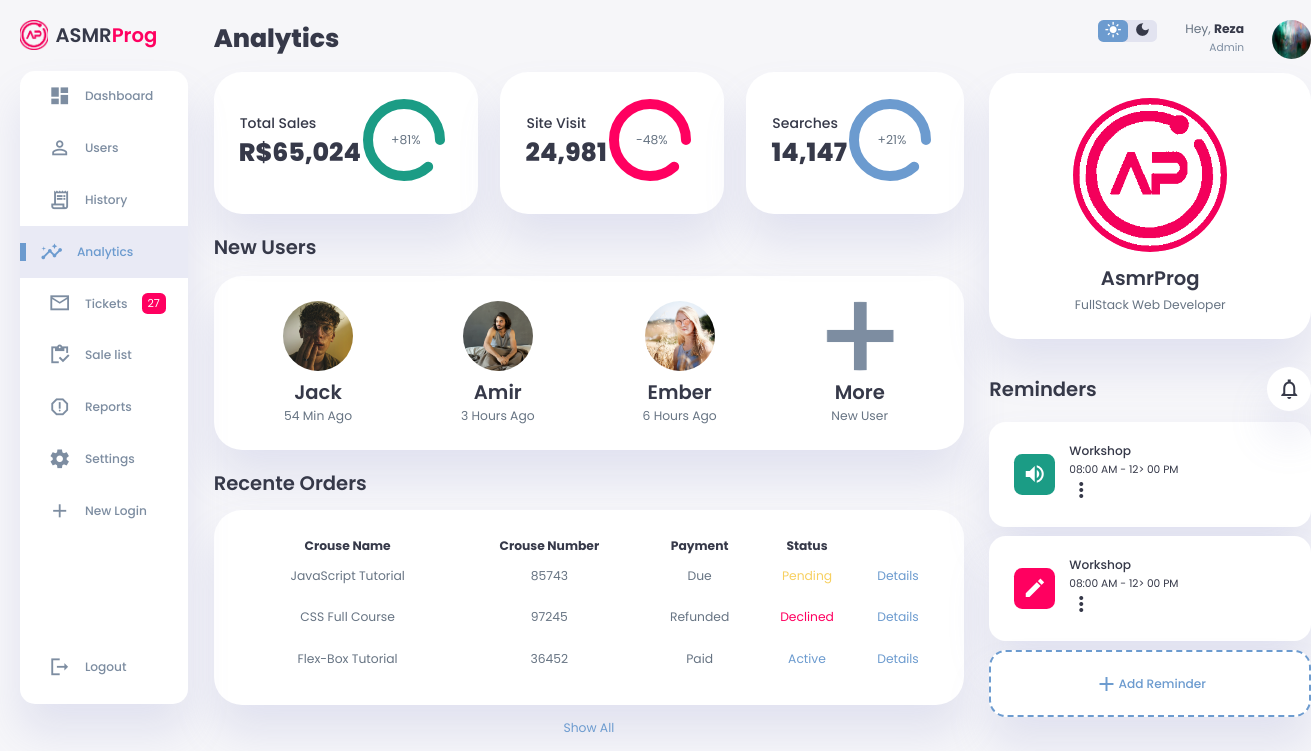
Repository: pheonix5/ProjetosRN-linux
Page: DashBoard/index.html
The author's editor kept a copy of each file at every save. The page is drawn from the files as they stood at one save, then again after the next save.
The browser window is 1024 px wide. The page is 1311 px wide, then 1241 px, so the pictures cover 1311 px, including what lies to the right of the window. The pictures show the whole page.

Above is the page before, as saved 2023-08-06 03:20:17.

### DashBoard/index.html
<!DOCTYPE html>
<html lang="pt-br">

<head>
  <meta charset="UTF-8">
  <meta name="viewport" content="width=device-width, initial-scale=1.0">
  <link href="https://fonts.googleapis.com/icon?family=Material+Icons+Sharp" rel="stylesheet">
  <link rel="stylesheet" href="style.css">
  <title>Responsive Dashboard Design #1</title>
</head>

<body>

  <div class="container">
    <!-- Siderbar Section -->
    <aside>
      <div class="toggle">
        <div class="logo">
          <img src="images/logo.png">
          <h2>ASMR<span class="danger">Prog</span></h2>
        </div>
        <div class="close" id="close-btn">
          <span class="material-icons-sharp">
            close
          </span>
        </div>
      </div>

      <div class="sidebar">
        <a href="#">
          <span class="material-icons-sharp">
            dashboard
          </span>
          <h3>Dashboard</h3>
        </a>
        <a href="#">
          <span class="material-icons-sharp">
            person_outline
          </span>
          <h3>Users</h3>
        </a>
        <a href="#">
          <span class="material-icons-sharp">
            receipt_long
          </span>
          <h3>History</h3>
        </a>
        <a href="#" class="active">
          <span class="material-icons-sharp">
            insights
          </span>
          <h3>Analytics</h3>
        </a>
        <a href="#">
          <span class="material-icons-sharp">
            mail_outline
          </span>
          <h3>Tickets</h3>
          <span class="message_count">27</span>
        </a>
        <a href="#">
          <span class="material-icons-sharp">
            inventory
          </span>
          <h3>Sale list</h3>
        </a>
        <a href="#">
          <span class="material-icons-sharp">
            report_gmailerrorred
          </span>
          <h3>Reports</h3>
        </a>
        <a href="#">
          <span class="material-icons-sharp">
            settings
          </span>
          <h3>Settings</h3>
        </a>
        <a href="#">
          <span class="material-icons-sharp">
            add
          </span>
          <h3>New Login</h3>
        </a>
        <a href="#">
          <span class="material-icons-sharp">
            logout
          </span>
          <h3>Logout</h3>
        </a>
      </div>
    </aside>
    <!-- Fim da Seção do Sidebar-->

    <!-- Main Content-->
    <main>
      <h1>Analytics</h1>
      <!-- Analyses -->
      <div class="analyse">
        <div class="sales">
          <div class="status">
            <div class="info">
              <h3>Total Sales</h3>
              <h1>R$65,024</h1>
            </div>
            <div class="progresss">
              <svg>
                <circle cx="38" cy="38" r="36"></circle>
              </svg>
              <div class="percentage">
                <p>+81%</p>
              </div>
            </div>
          </div>
        </div>

        <div class="visits">
          <div class="status">
            <div class="info">
              <h3>Site Visit</h3>
              <h1>24,981</h1>
            </div>
            <div class="progresss">
              <svg>
                <circle cx="38" cy="38" r="36"></circle>
              </svg>
              <div class="percentage">
                <p>-48%</p>
              </div>
            </div>
          </div>
        </div>

        <div class="searches">
          <div class="status">
            <div class="info">
              <h3>Searches</h3>
              <h1>14,147</h1>
            </div>
            <div class="progresss">
              <svg>
                <circle cx="38" cy="38" r="36"></circle>
              </svg>
              <div class="percentage">
                <p>+21%</p>
              </div>
            </div>
          </div>
        </div>
      </div>
      <!-- End Of Analyses -->

      <!--  New Users Section -->
      <div class="new-users">
        <h2>New Users</h2>
        <div class="user-list">
          <div class="user">
            <img src="images/profile-2.jpg">
            <h2>Jack</h2>
            <p>54 Min Ago</p>
          </div>
          <div class="user">
            <img src="images/profile-3.jpg">
            <h2>Amir</h2>
            <p>3 Hours Ago</p>
          </div>
          <div class="user">
            <img src="images/profile-4.jpg">
            <h2>Ember</h2>
            <p>6 Hours Ago</p>
          </div>
          <div class="user">
            <img src="images/plus.png">
            <h2>More</h2>
            <p>New User</p>
          </div>
        </div>
      </div>
      <!-- End of New Users Section -->


      <!-- Recente Orders Table -->
      <div class="recent-orders">
        <h2>Recente Orders</h2>
        <table>
          <thead>
            <tr>
              <th>Crouse Name</th>
              <th>Crouse Number</th>
              <th>Payment</th>
              <th>Status</th>
              <th></th>
            </tr>
          </thead>
          <tbody>

          </tbody>
        </table>
        <a href="#">Show All</a>
      </div>
      <!-- End of Recent Orders -->

    </main>
    <!-- End of Main Content -->

    <!-- Right Section-->
    <div class="right-section">
      <div class="nav">
        <button id="menu-btn">
          <span class="material-icons-sharp">
            menu
          </span>
        </button>
        <div class="dark-mode">
          <span class="material-icons-sharp active">
            light_mode
          </span>
          <span class="material-icons-sharp">
            dark_mode
          </span>
        </div>

        <div class="profile">
          <div class="info">
            <p>Hey, <b>Reza</b></p>
            <small class="text-muted">Admin</small>
          </div>
          <div class="profile-photo">
            <img src="images/profile-1.jpg">
          </div>
        </div>

      </div>
      <!-- End of Nav -->

      <div class="user-profile">
        <div class="logo">
          <img src="images/logo.png">
          <h2>AsmrProg</h2>
          <p>FullStack Web Developer</p>
        </div>
      </div>

      <div class="reminders">
        <div class="header">
          <h2>Reminders</h2>
          <span class="material-icons-sharp">
            notifications_none
          </span>
        </div>

        <div class="notification">
          <div class="icon">
            <span class="material-icons-sharp">
              volume_up
            </span>
          </div>
          <div class="content">
            <div class="info">
              <h3>Workshop</h3>
              <small class="text_muted">
                08:00 AM - 12> 00 PM
              </small>
            </div>
            <span class="material-icons-sharp">
              more_vert
            </span>
          </div>
        </div>

        <div class="notification deactive">
          <div class="icon">
            <span class="material-icons-sharp">
              edit
            </span>
          </div>
          <div class="content">
            <div class="info">
              <h3>Workshop</h3>
              <small class="text_muted">
                08:00 AM - 12> 00 PM
              </small>
            </div>
            <span class="material-icons-sharp">
              more_vert
            </span>
          </div>
        </div>

        <div class="notification add-reminder">
          <div>
            <span class="material-icons-sharp">
              add
            </span>
            <h3>Add Reminder</h3>
          </div>
        </div>

      </div>
    </div>


  </div>

  <script src="orders.js"></script>
  <script src="index.js"></script>
</body>

</html>

### DashBoard/style.css
@import url('https://fonts.googleapis.com/css2?family=Barlow:ital,wght@0,100;0,200;0,300;0,400;0,500;0,600;0,700;0,800;0,900;1,100;1,200;1,300;1,400;1,500;1,600;1,700;1,800;1,900&family=Poppins:wght@300;400;500;600;700;800&display=swap');

:root{
  --color-primary: #6C9BCF;
    --color-danger: #FF0060;
    --color-success: #1B9C85;
    --color-warning: #F7D060;
    --color-white: #fff;
    --color-info-dark: #7d8da1;
    --color-dark: #363949;
    --color-light: rgba(132, 139, 200, 0.18);
    --color-dark-variant: #677483;
    --color-background: #f6f6f9;

    --card-border-radius: 2rem;
    --border-radius-1: 0.4rem;
    --border-radius-2: 1.2rem;

    --card-padding: 1.8rem;
    --padding-1: 1.2rem;

    --box-shadow: 0 2rem 3rem var(--color-light);
}

.dark-mode-variables{
  --color-background: #181a1e;
    --color-white: #202528;
    --color-dark: #edeffd;
    --color-dark-variant: #a3bdcc;
    --color-light: rgba(0, 0, 0, 0.4);
    --box-shadow: 0 2rem 3rem var(--color-light);
}

*{
  margin: 0;
  padding: 0;
  outline: 0;
  appearance: 0;
  border: 0;
  text-decoration: none;
  box-sizing: border-box;
}

html{
  font-size: 14px;
}

body{
  width: 100vw;
  height: 100vh;
  font-family: 'Poppins', sans-serif;
  font-size: 0.88rem;
  user-select: none;
  overflow-x: hidden;
  color: var(--color-dark);
  background-color: var(--color-background);
}

a{
  color: var(--color-dark);
}

img{
  display: block;
  width: 100%;
  object-fit: cover;
}

h1{
  font-weight: 800;
  font-size: 1.8rem;
}

h2{
  font-weight: 600;
  font-size: 1.4rem;
}

h3{
  font-weight: 500;
  font-size: 0.87rem;
}

small{
  font-size: 0.76rem;
}

p{
  color: var(--color-dark-variant);
}

b{
  color: var(--color-dark);
}

.text-muted{
  color: var(--color-info-dark);
}

.primary{
  color: var(--color-primary);
}

.danger{
  color: var(--color-danger);
}

.sucess{
  color: var(--color-success);
}

.warning{
  color: var(--color-warning);
}

.container{
  display: grid;
  width: 96%;
  margin: 0 auto;
  gap: 1.8rem;
  grid-template-columns: 12rem auto 23rem;
}

aside{
  height: 100vh;
}

aside .toggle{
  display: flex;
  align-items: center;
  justify-content: space-between;
  margin-top: 1.4rem;
}

aside .toggle .logo{
  display: flex;
  gap: 0.5rem;
}

aside .toggle .logo img{
  width: 2rem;
  width: 2rem;
}

aside .toggle .close{
  padding-right: 1rem;
  display: none;
}

aside .sidebar{
  display: flex;
  flex-direction: column;
  background-color: var(--color-white);
  box-shadow: var(--box-shadow);
  border-radius: 15px;
  height: 88vh;
  position: relative;
  top: 1.5rem;
  transition: all 0.3s ease;
}

aside .sidebar:hover{
  box-shadow: none;
}

aside .sidebar a{
  display: flex;
  align-items: center;
  color:  var(--color-info-dark);
  height: 3.7rem;
  gap: 1rem;
  position: relative;
  margin-left: 2rem;
  transition: all 0.3s ease;
}

aside .sidebar a span{
  font-size: 1.6rem;
  transition: all 0.3s ease;
}

aside .sidebar a:last-child{
  position: absolute;
  bottom: 0.8rem;
  width: 100%;
}

aside .sidebar a.active{
  width: 100%;
  color: var(--color-primary);
  background-color: var(--color-light);
  margin-left: 0;
}

aside .sidebar a.active::before{
  content: '';
  width: 6px;
  height: 18px;
  background-color: var(--color-primary);
}

aside .sidebar a.active span{
  color: var(--color-primary);
  margin-left: calc(1rem -3px);
}

aside .sidebar a:hover{
  color: var(--color-primary);
}

aside .sidebar a:hover span{
  margin-left: 0.6rem;
}

aside .sidebar .message_count{
  background-color: var(--color-danger);
  padding: 2px 6px;
  color: var(--color-white);
  font-size: 11px;
  border-radius: var(--border-radius-1);
}

main{
  margin-top: 1.4rem;
}

main .analyse{
  display: grid;
  grid-template-columns: repeat(3, 1fr);
  gap: 1.6rem;
}

main .analyse > div{
  background-color: var(--color-white);
  padding: var(--card-padding);
  border-radius: var(--card-border-radius);
  margin-top: 1rem;
  box-shadow: var(--box-shadow);
  cursor: pointer;
  transition: all 0.3s ease;
}

main .analyse > div:hover{
  box-shadow: none;
}

main .analyse > div .status{
  display: flex;
  align-items: center;
  justify-content: space-between;
}


main .analyse h3{
  margin-left: .06rem;
  font-size: 1rem;
}

main .analyse .progresss{
  position: relative;
  width: 92px;
  height: 92px;
  border-radius: 50%;
}

main .analyse svg{
  width: 7rem;
  height: 7rem;
}

main .analyse svg circle{
  fill: none;
  stroke-width: 10;
  stroke-linecap: round;
  transform: translate(5px, 5px);
}

main .analyse .sales svg circle{
  stroke: var(--color-success);
  stroke-dashoffset: -30;
  stroke-dasharray: 200;
}

main .analyse .visits svg circle{
  stroke: var(--color-danger);
  stroke-dashoffset: -30;
  stroke-dasharray: 200;
}

main .analyse .searches svg circle{
  stroke: var(--color-primary);
  stroke-dashoffset: -30;
  stroke-dasharray: 200;
}

main .analyse .progresss .percentage{
  position: absolute;
  top: -3px;
  left: -1px;
  display: flex;
  align-items: center;
  justify-content: center;
  height: 100%;
  width: 100%;
}

main .new-users{
  margin-top: 1.3rem;
}

main .new-users .user-list{
  background-color: var(--color-white);
  padding: var(--card-padding);
  border-radius: var(--card-border-radius);
  margin-top: 1rem;
  box-shadow: var(--box-shadow);
  display: flex;
  justify-content: space-around;
  flex-wrap: wrap;
  gap: 1.4rem;
  transition: all 0.3s ease;
}

main .new-users .user-list:hover{
  box-shadow: none;
}

main .new-users .user-list .user{
  display: flex;
  flex-direction: column;
  align-items: center;
  justify-content: center;
}

main .new-users .user-list .user img{
  width: 5rem;
  height: 5rem;
  margin-bottom: 0.4rem;
  border-radius: 50%;
}

main .recent-orders{
  margin-top: 1.3rem;
}

main .recent-orders h2{
  margin-bottom: 0.8rem;
}

main .recent-orders table{
  background-color: var(--color-white);
  width: 100%;
  padding: var(--card-padding);
  text-align: center;
  box-shadow: var(--box-shadow);
  border-radius: var(--card-border-radius);
  transition: all 0.3s ease;
}

main .recent-orders table:hover{
  box-shadow: none;
}

main table tbody td{
  height: 2.8rem;
  border-bottom: 1px solid var(--color-white);
  color: var(--color-dark-variant);
}

main table tbody tr:last-child td{
  border: none;
}

main .recent-orders a{
  text-align: center;
  display: block;
  margin: 1rem auto;
  color:  var(--color-primary);
}

.right-section{
  margin-top: 1.4rem;
}

.right-section .nav{
  display: flex;
  justify-content: end;
  gap: 2rem;
}

.right-section .nav button{
  display: none;
}

.right-section .dark-mode{
  background-color: var(--color-light);
  display: flex;
  justify-content: space-between;
  align-items: center;
  height: 1.6rem;
  width: 4.2rem;
  cursor: pointer;
  border-radius: var(--border-radius-1);
}

.right-section .dark-mode span{
  font-size: 1.2rem;
  width: 50%;
  height: 100%;
  display: flex;
  align-items: center;
  justify-content: center;
}

.right-section .dark-mode span.active{
  background-color: var(--color-primary);
  color: white;
  border-radius: var(--border-radius-1);
}

.right-section .nav .profile{
  display: flex;
  gap: 2rem;
  text-align: right;
}
.right-section .nav .profile .profile-photo{
  width: 2.8rem;
  height: 2.8rem;
  border-radius: 50%;
  overflow: hidden;
}

.right-section .user-profile{
  display: flex;
  justify-content: center;
  text-align: center;
  margin-top: 1rem;
  background-color: var(--color-white);
  padding:  var(--card-padding);
  border-radius: var(--card-border-radius);
  box-shadow: var(--box-shadow);
  cursor: pointer;
  transition: all 0.3s ease;
}

.right-section .user-profile:hover{
  box-shadow: none;
}

.right-section .user-profile img{
  width: 11rem;
  height: auto;
  margin-bottom: 0.8rem;
  border-radius: 50%;
}

.right-section .user-profile h2{
  margin-bottom: 0.2rem;
}

.right-section .reminders{
  margin-top: 2rem;
}

.right-section .reminders .header{
  display: flex;
  align-items: center;
  justify-content: space-between;
  margin-bottom: 0.8rem;
}

.right-section .reminders .header span{
  padding: 10px;
  box-shadow: var(--box-shadow);
  background-color: var(--color-white);
  border-radius: 50%;
}

.right-section .reminders .notification{
  background-color: var(--color-white);
  display: flex;
  align-items: center;
  gap: 1rem;
  margin-bottom: 0.7rem;
  padding: 1.4rem var(--card-padding);
  border-radius: var(--border-radius-2);
  box-shadow: var(--box-shadow);
  cursor: pointer;
  transition: all 0.3s ease;
}

.right-section .reminders .notification:hover{
  box-shadow: none;
}

.recent-orders .reminders .notification .content{
  display: flex;
  justify-content: space-between;
  align-items: center;
  margin: 0;
  width: 100%;
}

.right-section .reminders .notification .icon{
  padding: 0.6rem;
  color:  var(--color-white);
  background-color: var(--color-success);
  border-radius: 20%;
  display: flex;
}

.right-section .reminders .notification.deactive .icon{
  background-color: var(--color-danger);
}

.right-section .reminders .add-reminder{
  background-color: var(--color-white);
  border: 2px dashed var(--color-primary);
  color: var(--color-primary);
  display: flex;
  align-items: center;
  justify-content: center;
  cursor: pointer;
}

.right-section .reminders .add-reminder:hover{
  background-color: var(--color-primary);
  color: white;
}

.right-section .reminders .add-reminder div{
  display: flex;
  align-items: center;
  grid-area: 0.6rem;
}

### DashBoard/orders.js
const Orders = [
  {
    productName: 'JavaScript Tutorial',
    productNumber: '85743',
    paymentStatus: 'Due',
    status: 'Pending'
  },
  {
    productName: 'CSS Full Course',
    productNumber: '97245',
    paymentStatus: 'Refunded',
    status: 'Declined'
  },
  {
    productName: 'Flex-Box Tutorial',
    productNumber: '36452',
    paymentStatus: 'Paid',
    status: 'Active'
  },
]

### DashBoard/index.js
Orders.forEach(order => {
  const tr = document.createElement('tr');
  const trContent = `
    <td>${order.productName}</td>
    <td>${order.productNumber}</td>
    <td>${order.paymentStatus}</td>
    <td class="${order.status === 'Declined' ? 'danger' : order.status === 'Pending' ? 'warning' : 'primary'}">${order.status}</td>
    <td class="primary">Details</td>
  ` ;
  tr.innerHTML = trContent;
  document.querySelector('table tbody').appendChild(tr)
})

After the next save:
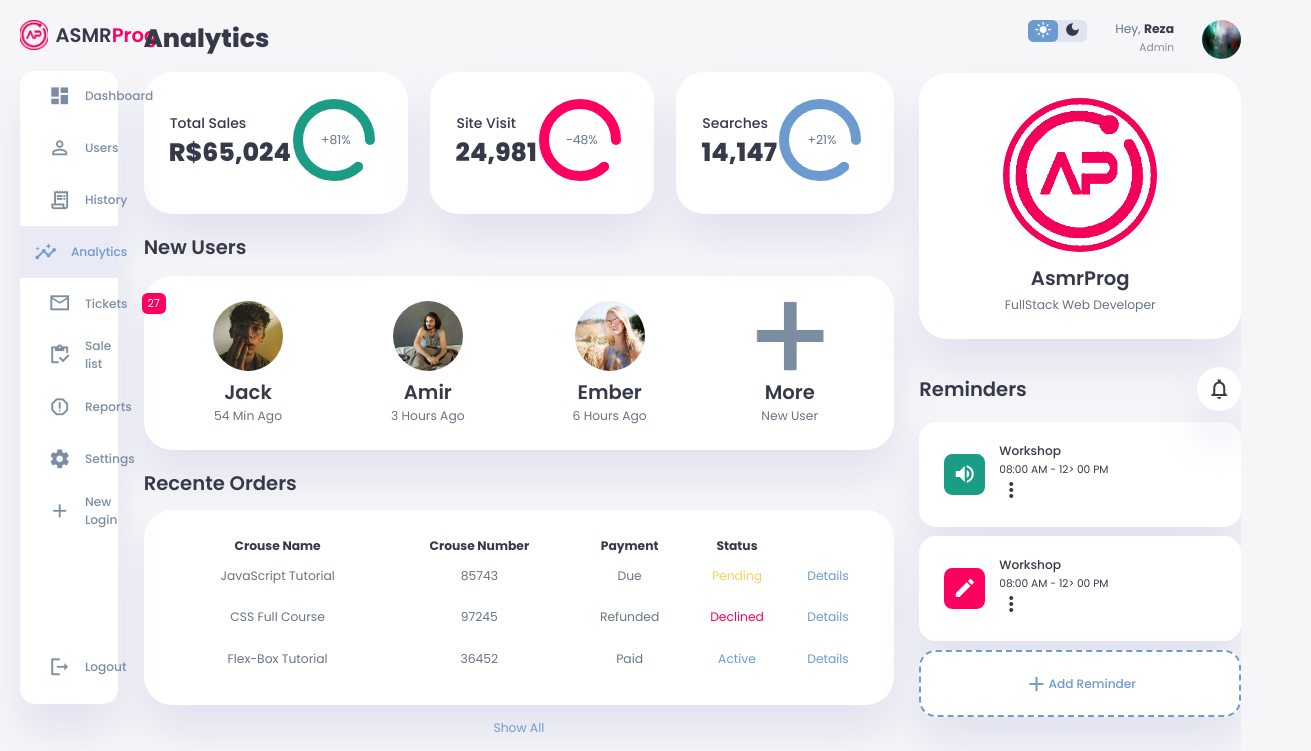
Saved 2 min 18 s later.
--- a/DashBoard/style.css
+++ b/DashBoard/style.css
@@ -533,3 +533,10 @@ main .recent-orders a{
   align-items: center;
   grid-area: 0.6rem;
 }
+
+@media screen and (max-width: 1200px) {
+  .container{
+    width: 96%;
+    grid-template-columns: 7rem auto 23rem;
+  }
+}
